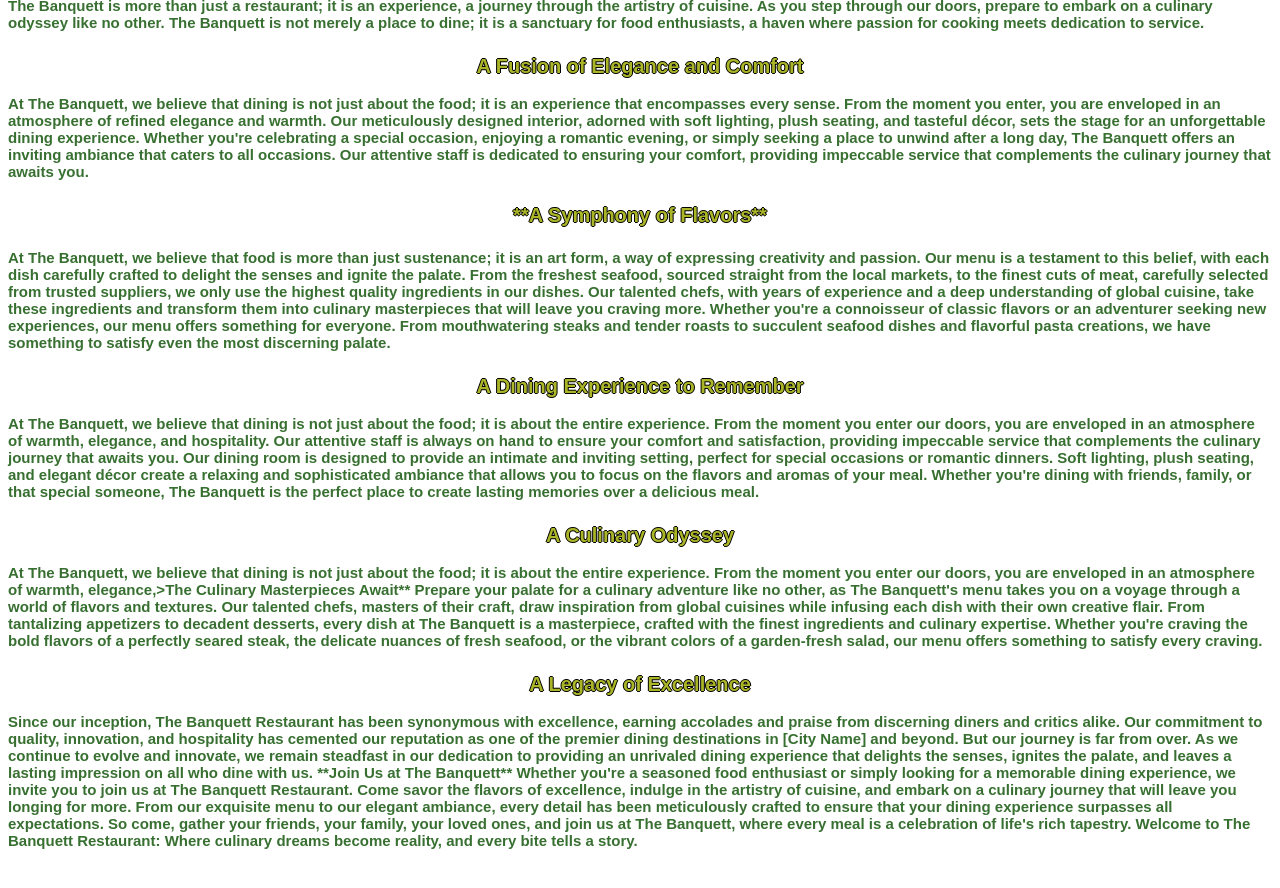
Repository: moinakhere/Restaurant
Page: Web face/home_page.html
The author's editor kept a copy of each file at every save. The page is drawn from the files as they stood at one save, then again after the next save.
The browser window is 1280 px wide. The pictures show the part of the page from y = 919 to 1871 px (the page is 1807 px tall before and 1871 px after).

Above is the page before, as saved 2024-04-07 22:22:27.

### Web face/home_page.html
<!DOCTYPE html>
<html/ lang="en"/>
<head/>
	<title>The Banquet Restaurant</title>
  <meta charset="utf-8">"
  <link rel="stylesheet" href="style.css">
  <meta name="viewport" content="width=device-width, initial-scale=1.0">
<body/>
  <p/><h1 class="p1"/>Welcome to The Banquet Restaurant
  <p/><h4 class="p2"/>Please select your table
  <form/>
    <input type="button" value="Table 1" onclick="window.location.href='table1.html'" target="_blank" class="button"/><br>
    <input type="button" value="Table 2" onclick="window.location.href='table2.html'" target="_blank" class="button"/><br>
    <input type="button" value="Table 3" onclick="window.location.href='table3.html'" target="_blank" class="button"/><br>
    <input type="button" value="Table 4" onclick="window.location.href='table4.html'" target="_blank" class="button"/><br>
    <input type="button" value="Table 5" onclick="window.location.href='table5.html'" target="_blank" class="button"/><br>
    <input type="button" value="Table 6" onclick="window.location.href='table6.html'" target="_blank" class="button"/><br>
  <img src="https://wallpapercave.com/wp/wp1874173.jpg" alt="The Banquet Restaurant" class="img1"/>
  <img src="https://media.timeout.com/images/105239239/image.jpg" alt="The Banquet Restaurant" class="img2"/><br>
  <strong class="head">Welcome to The Banquett Restaurant: A Culinary Odyssey<br></strong>
  <p class="body">
  Welcome, esteemed patrons, to The Banquett Restaurant, where gastronomic delights meet elegance in a symphony of flavors
  and ambiance. Nestled in the heart of Kolkata, The Banquett is more than just a restaurant; it is an experience, a
  journey through the artistry of cuisine. As you step through our doors, prepare to embark on a culinary odyssey like no other.
  The Banquett is not merely a place to dine; it is a sanctuary for food enthusiasts, a haven where passion for cooking meets dedication to service.</p>

  <strong class="head">A Fusion of Elegance and Comfort<br></strong>
  <p class="body">
  At The Banquett, we believe that dining is not just about the food; it is an experience that encompasses every sense.
  From the moment you enter, you are enveloped in an atmosphere of refined elegance and warmth. Our meticulously designed
  interior, adorned with soft lighting, plush seating, and tasteful décor, sets the stage for an unforgettable dining
  experience.
  Whether you're celebrating a special occasion, enjoying a romantic evening, or simply seeking a place to unwind after a
  long day, The Banquett offers an inviting ambiance that caters to all occasions. Our attentive staff is dedicated to
  ensuring your comfort, providing impeccable service that complements the culinary journey that awaits you.
  </p>
  <strong class="head">**A Symphony of Flavors**</p>
  <p class="body">
  At The Banquett, we believe that food is more than just sustenance; it is an art form, a way of expressing creativity
  and passion. Our menu is a testament to this belief, with each dish carefully crafted to delight the senses and ignite
  the palate.

  From the freshest seafood, sourced straight from the local markets, to the finest cuts of meat, carefully selected from
  trusted suppliers, we only use the highest quality ingredients in our dishes. Our talented chefs, with years of experience
  and a deep understanding of global cuisine, take these ingredients and transform them into culinary masterpieces that
  will leave you craving more.

  Whether you're a connoisseur of classic flavors or an adventurer seeking new experiences, our menu offers something
  for everyone. From mouthwatering steaks and tender roasts to succulent seafood dishes and flavorful pasta creations,
  we have something to satisfy even the most discerning palate.</p>

<strong class="hand">A Dining Experience to Remember</strong>
  <p class="body">
  At The Banquett, we believe that dining is not just about the food; it is about the entire experience. From the moment you
  enter our doors, you are enveloped in an atmosphere of warmth, elegance, and hospitality. Our attentive staff is always
  on hand to ensure your comfort and satisfaction, providing impeccable service that complements the culinary journey that
  awaits you.

  Our dining room is designed to provide an intimate and inviting setting, perfect for special occasions or romantic dinners.
  Soft lighting, plush seating, and elegant décor create a relaxing and sophisticated ambiance that allows you to focus on
  the flavors and aromas of your meal.

  Whether you're dining with friends, family, or that special someone, The Banquett is the perfect place to create lasting
  memories over a delicious meal.
  </p>
  <strong class="head">A Culinary Odyssey</strong>
  <p class="body">
  At The Banquett, we believe that dining is not just about the food; it is about the entire experience. From the moment you
  enter our doors, you are enveloped in an atmosphere of warmth, elegance,>The Culinary Masterpieces Await**

  Prepare your palate for a culinary adventure like no other, as The Banquett's menu takes you on a voyage through a world
  of flavors and textures. Our talented chefs, masters of their craft, draw inspiration from global cuisines while
  infusing each dish with their own creative flair.

  From tantalizing appetizers to decadent desserts, every dish at The Banquett is a masterpiece, crafted with the finest
  ingredients and culinary expertise. Whether you're craving the bold flavors of a perfectly seared steak, the delicate
  nuances of fresh seafood, or the vibrant colors of a garden-fresh salad, our menu offers something to satisfy every
  craving.</p>

  <strong class="head">A Legacy of Excellence</strong>
  <p class="body">

  Since our inception, The Banquett Restaurant has been synonymous with excellence, earning accolades and praise from
  discerning diners and critics alike. Our commitment to quality, innovation, and hospitality has cemented our reputation
  as one of the premier dining destinations in [City Name] and beyond.

  But our journey is far from over. As we continue to evolve and innovate, we remain steadfast in our dedication to
  providing an unrivaled dining experience that delights the senses, ignites the palate, and leaves a lasting impression
  on all who dine with us.

  **Join Us at The Banquett**

  Whether you're a seasoned food enthusiast or simply looking for a memorable dining experience, we invite you to join us
  at The Banquett Restaurant. Come savor the flavors of excellence, indulge in the artistry of cuisine, and embark on a
  culinary journey that will leave you longing for more.

  From our exquisite menu to our elegant ambiance, every detail has been meticulously crafted to ensure that your dining
  experience surpasses all expectations. So come, gather your friends, your family, your loved ones, and join us at The
  Banquett, where every meal is a celebration of life's rich tapestry.

  Welcome to The Banquett Restaurant: Where culinary dreams become reality, and every bite tells a story.</p>
  <div class="bg-img"/>

### Web face/style.css
.button {
  background-color: #ed5f0d;
  color: rgb(255, 255, 255);
  border: 1px solid rgb(21, 154, 200);
  border-radius: 20px;
  text-align: center;
  text-decoration: none;
  display: inline-block;
  font-size: 16px;
  margin: 4px 2px;
  cursor: pointer;
  padding: 15px 32px;
  width: 200px;
  height: 50px;
  font-family: Arial, Helvetica, sans-serif;
  box-shadow: 0 8px 20px 0 rgba(141, 66, 66, 0.835), 0 8px 20px 0 rgba(0,0,0,0.19);
  transition: height 0.4s, width 0.4s, font-size 0.4s, opacity 0.4s, background-color 0.4s, color 0.4s, box-shadow 0.4s;
}

.button:hover {
  background-color: #e87938;
  color: rgb(241, 225, 225);
  font-size: 20px;
  width: 210px;
  height: 52px;
  opacity: 0.8;
  box-shadow: 10px 12px 40px 2px rgba(141, 66, 66, 0.835), 0 8px 20px 0 rgba(0, 0, 0, 0.19);
  transition: height 0.4s, width 0.4s, font-size 0.4s, opacity 0.4s, background-color 0.4s, color 0.4s, box-shadow 0.4s;
}

.button:active {
  background-color: #f49a66;
  color: rgb(0, 0, 0);
  font-size: 20px;
  width: 210px;
  height: 52px;
  opacity: 0.5;
  box-shadow: 10px 12px 40px 2px rgba(141, 66, 66, 0.835), 0 8px 20px 0 rgba(0, 0, 0, 0.19);
}


.p1 {
  color: rgb(21, 154, 200);
  font-size: 50px;
  text-align: center;
  font-family: Arial, Helvetica, sans-serif;
  text-shadow: 1px 0px 0px rgb(71, 53, 100),
       -1px 0px 0px rgb(71, 53, 100),
       0px 1px 0px rgb(71, 53, 100),
       0px -1px 0px rgb(71, 53, 100);
}

.p2 {
  color: rgb(255, 0, 0);
  font-size: 30px;
  text-align: center;
  font-family: Arial, Helvetica, sans-serif;
  text-shadow: 1px 0px 0px rgb(0, 0, 0),
       -1px 0px 0px rgb(0, 0, 0),
       0px 1px 0px rgb(0, 0, 0),
       0px -1px 0px rgb(0, 0, 0);
}
form {
  text-align: center;
}
.img1{
    margin-top: 50px;
    margin-bottom: 50px;
    height: 200px;
    width: 600px;
    border-radius: 20px;
    opacity:0.7;
    float: left;
}

.img2{
    margin-top: 50px;
    margin-bottom: 50px;
    height: 200px;
    width: 600px;
    border-radius: 20px;
    opacity:0.7;
    float: right;
}

.bg-img {
  background-size: cover;
  background-repeat: no-repeat;
  background-position: center;
  position: fixed;
  top: 0;
  left: 0;
  right: 0;
  z-index: -1;
  width: 100%;
  filter: blur(8px);
  -webkit-filter: blur(8px);
  height: 100%;
  opacity: 0.65;
  background-image:url("https://th.bing.com/th/id/R.0f5e04ec66d7a6e19795b0c312ef17aa?rik=clY31xOlb2k4tw&riu=http%3a%2f%2feskipaper.com%2fimages%2ftable-flowers-background-1.jpg&ehk=s5m89hxCVKBmLwq4SgL5qT0mezcRFp9jrse8FoQV%2btg%3d&risl=&pid=ImgRaw&r=0")
}
.Menu{
  text-align: center;
  font-size:30px;
  font-family:Arial, Helvetica, sans-serif;
  text-shadow:1px 0px 0px rgb(93, 36, 36),
  -1px 0px 0px rgb(93, 36, 36),
  0px 1px 0px rgb(93, 36, 36),
  0px -1px 0px rgb(93, 36, 36);
  font-weight: 'italic';
  color: rgba(48, 166, 179, 0.817);
}
.body{
  font-size: 15px;
  font-family: Arial, Helvetica, sans-serif;
  color: rgb(56, 112, 49);
  text-shadow: none;
  text-align: left;
}
.head{
  font-size: 20px;
  font-family: Arial, Helvetica, sans-serif;
  color: rgb(171, 181, 40);
  font-weight: 'bold';
  text-align: left;
}

After the next save:
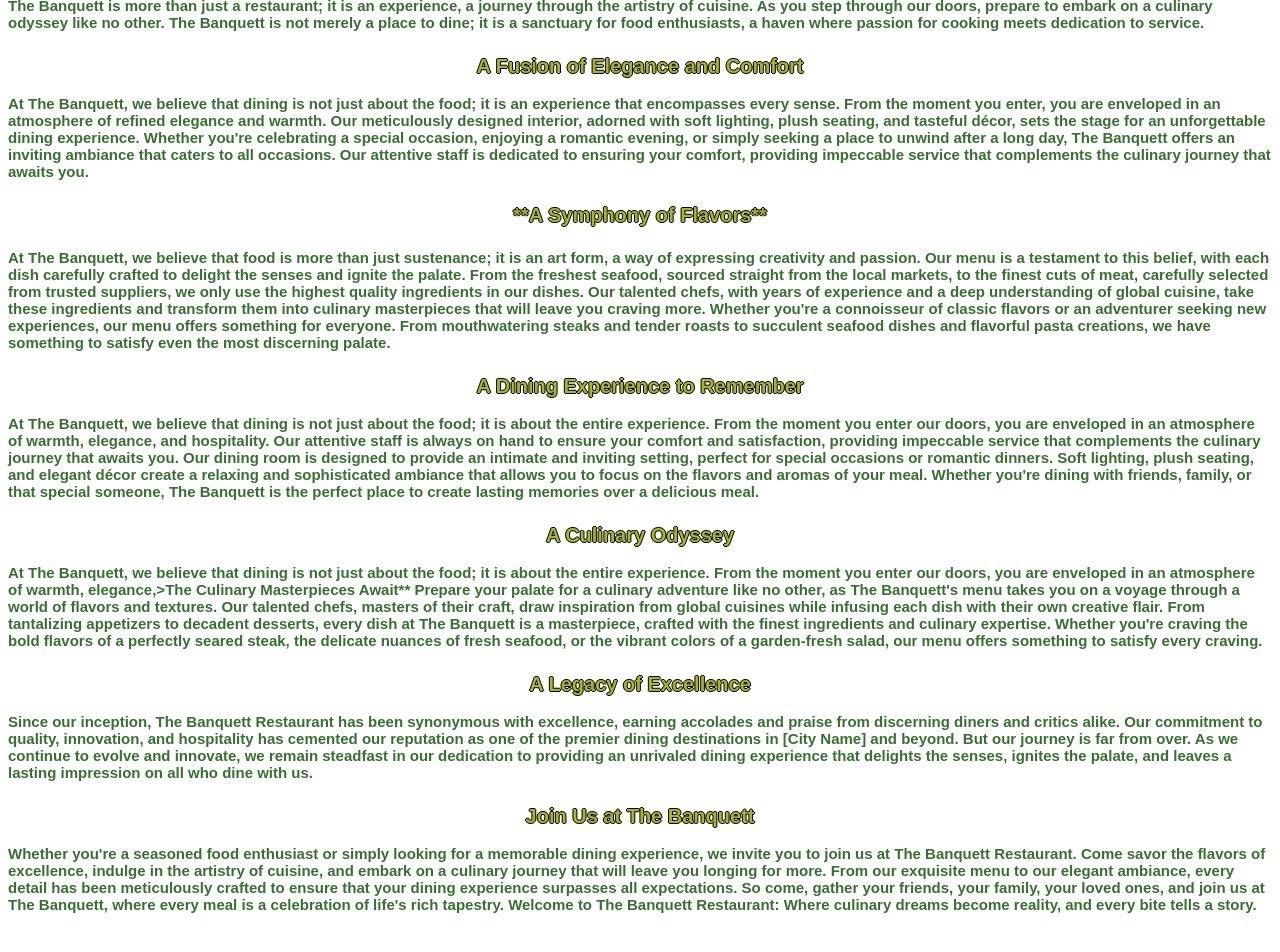
Saved 69 s later.
--- a/Web face/home_page.html
+++ b/Web face/home_page.html
@@ -86,10 +86,10 @@
 
   But our journey is far from over. As we continue to evolve and innovate, we remain steadfast in our dedication to
   providing an unrivaled dining experience that delights the senses, ignites the palate, and leaves a lasting impression
-  on all who dine with us.
+  on all who dine with us.</p>
 
-  **Join Us at The Banquett**
-
+  <strong class="head">Join Us at The Banquett</strong>
+  <p class="body">
   Whether you're a seasoned food enthusiast or simply looking for a memorable dining experience, we invite you to join us
   at The Banquett Restaurant. Come savor the flavors of excellence, indulge in the artistry of cuisine, and embark on a
   culinary journey that will leave you longing for more.
